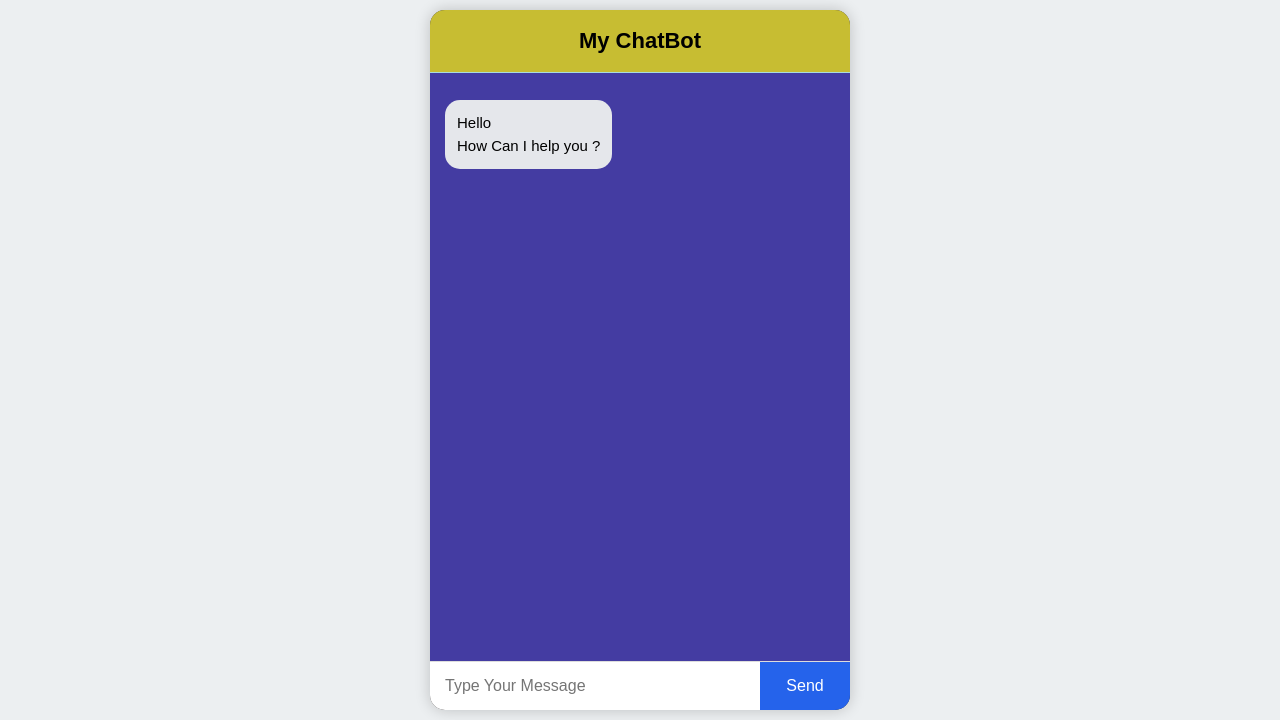
Repository: nt269782-web/Offline-ChatBot
Page: front.html
These files come from the project's save history. The page is drawn as it stood at one moment and after a run of saves; the edit follows.
The browser window is 1280 px wide. The pictures show the whole page.

Above is the page before, as saved 2026-07-11 23:06:31.

### front.html
<!DOCTYPE html>
<html lang="en">
<head>
    <meta charset="UTF-8">
    <meta name="viewport" content="width=device-width, initial-scale=1.0">
    <title>Document</title>
    <style>
        *{
            margin:0;
            padding:0;
        box-sizing:border-box;
        font-family:Arial,sans-serif;
        }

        body{
            background: #eceff1;
            display: flex;
            justify-content: center;
            align-items: center;
            height: 100vh;
        }
        .chat-container {
            width: 420px;
            height: 700px;
            overflow: hidden;
            display: flex;
            flex-direction: column;
            background:#322b2b;
            border-radius:15px;
            box-shadow:0 0 15px rgba(0,0,0,.2);


        }
        .header{
            background-color: rgb(199, 189, 50);
            color: #000000;
            text-align: center;
            font-size: 22px;
            font-weight: bold;
            padding: 18px;
            border-bottom: 1px solid #add;

        }


        .chat-box{
            flex: 1;
            overflow: auto;
            padding: 15px;
            background: #443ca2;



        }
        .message{
            display: flex;
            margin: 12px 0;

        }
        .bot{
            justify-content: flex-start;
        }

        .user{
            justify-content: flex-end;
        }



        .bubble{
            max-width: 75%;
            padding: 12px;
            border-radius: 15px;
            font-size: 15px;
            line-height: 1.5;
        }

        .bot .bubble{
            background:#e5e7eb;
            color:#000;
        }

        .user .bubble{
            background:#2563eb;
            color:#fff;
        }

        .input-area{
            display:flex;
            border-top:1px solid #ddd;
        }
        input{
            flex: 1;
            border: none;
            padding: 15px;
            outline: none;
            font-size: 16px;
        }

        button{
        width:90px;
        border:none;
        background:#2563eb;
        color:white;
        font-size:16px;
        cursor:pointer;
    }

        button:hover{
            background:#1d4ed8;
        }


    </style>
</head>

<body>
    <div class="chat-container">
        <div class="header">
            My ChatBot
        </div>

        <div class="chat-box" id="chatBox">
            <div class="message bot">
                <div class="bubble">
                    Hello <br>
                    How Can I help you ?

                </div>
            </div>
        </div>

    <div class="input-area">
        <input type="text" id="userInput" placeholder="Type Your Message">
        <button onclick="sendMessage()">Send</button>
    </div>




    <script src="Java.js"></script>
</div>
</body>
</html>

### Java.js
const chatBox = document.getElementById("chatBox");

function sendMessage() {

    let input = document.getElementById("userInput");
    let text = input.value.trim();

    if (text === "") return;

    // User Message
    chatBox.innerHTML += `
        <div class="message user">
            <div class="bubble">${text}</div>
        </div>
    `;

    input.value = "";
    chatBox.scrollTop = chatBox.scrollHeight;

    // Backend Request
    fetch("http://localhost:8080/chat", {
        method: "POST",
        headers: {
            "Content-Type": "application/json"
        },
        body: JSON.stringify({
            message: text
        })
    })
    .then(response => response.json())
    .then(data => {

        chatBox.innerHTML += `
            <div class="message bot">
                <div class="bubble">
                    ${data.reply}
                </div>
            </div>
        `;

        chatBox.scrollTop = chatBox.scrollHeight;

    })
    .catch(error => {

        chatBox.innerHTML += `
            <div class="message bot">
                <div class="bubble">
                    Yes,
                    How Can I Help You ?
                </div>

            </div>
        `;

        console.error(error);

    });

}

document.getElementById("userInput").addEventListener("keypress", function (e) {
    if (e.key === "Enter") {
        sendMessage();
    }
});

After the next 2 saves:
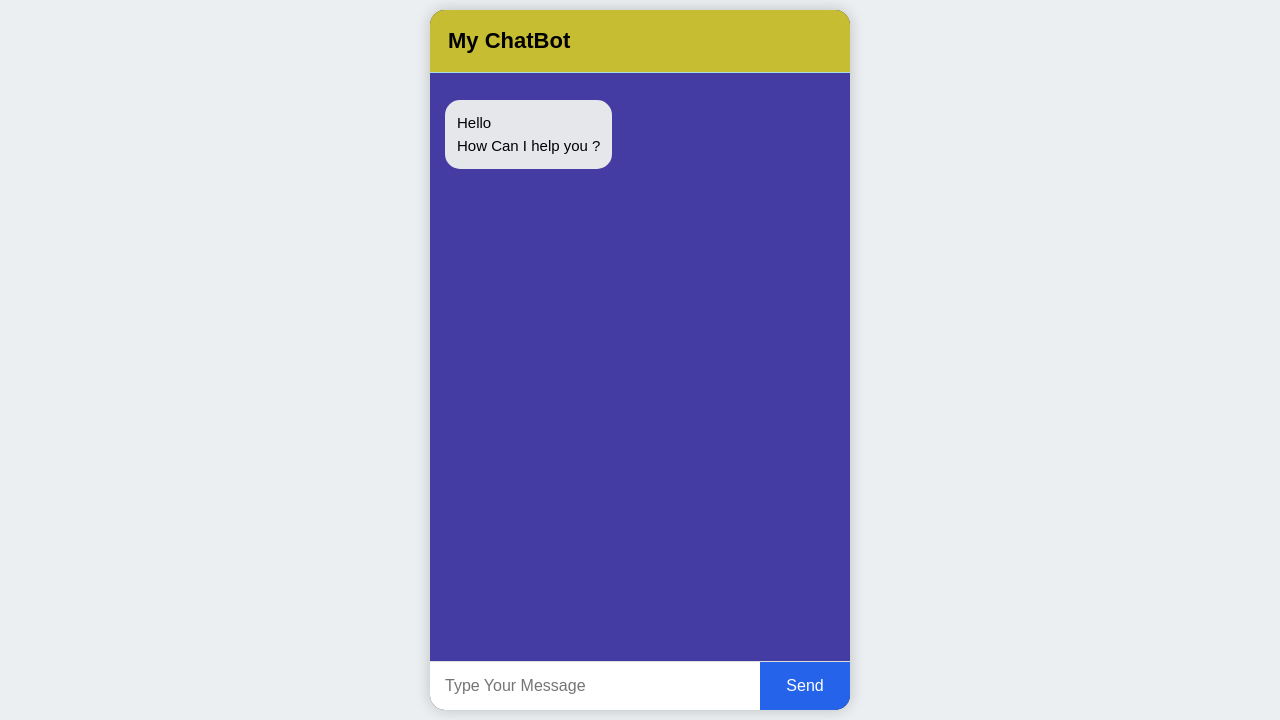
The 2 saves are shown as one change because they came seconds apart.
The last was saved 4 min 10 s later.
--- a/front.html
+++ b/front.html
@@ -34,6 +34,7 @@
         .header{
             background-color: rgb(199, 189, 50);
             color: #000000;
+            im
             text-align: center;
             font-size: 22px;
             font-weight: bold;

After the 3 saves that followed:
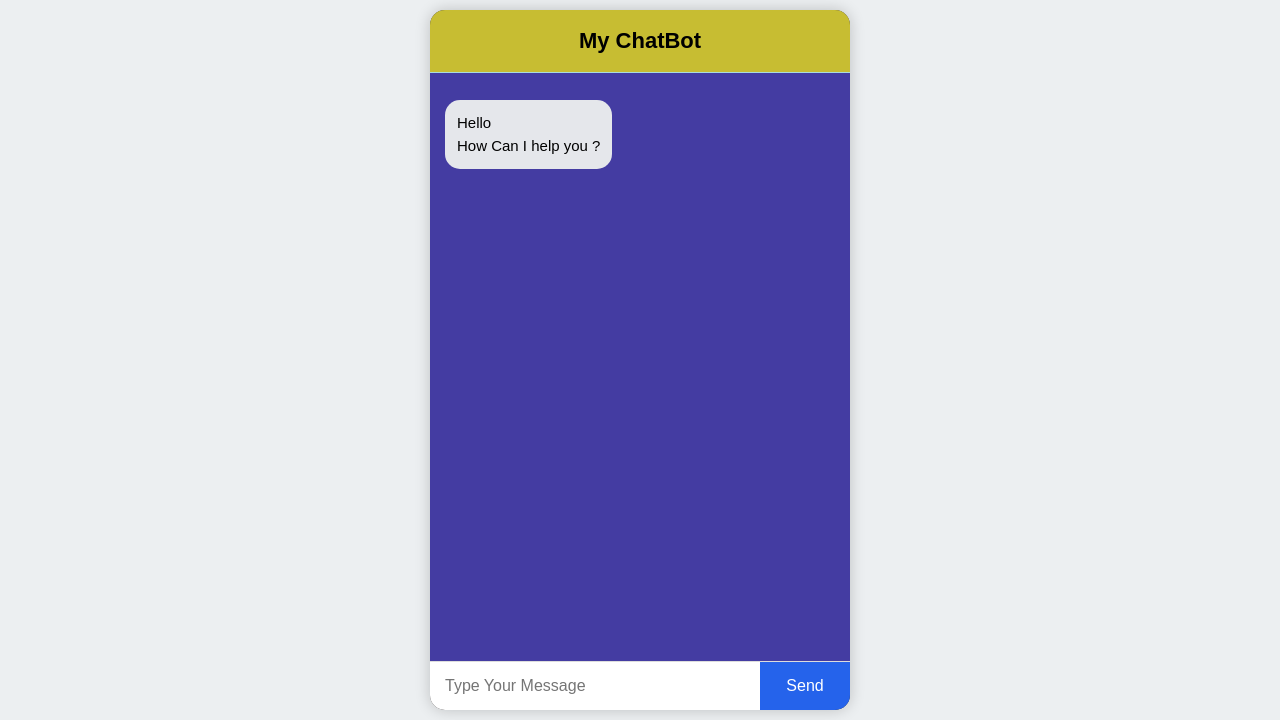
The 3 saves are shown as one change because they came seconds apart.
The last was saved 12 s later.
--- a/front.html
+++ b/front.html
@@ -34,7 +34,7 @@
         .header{
             background-color: rgb(199, 189, 50);
             color: #000000;
-            im
+
             text-align: center;
             font-size: 22px;
             font-weight: bold;
